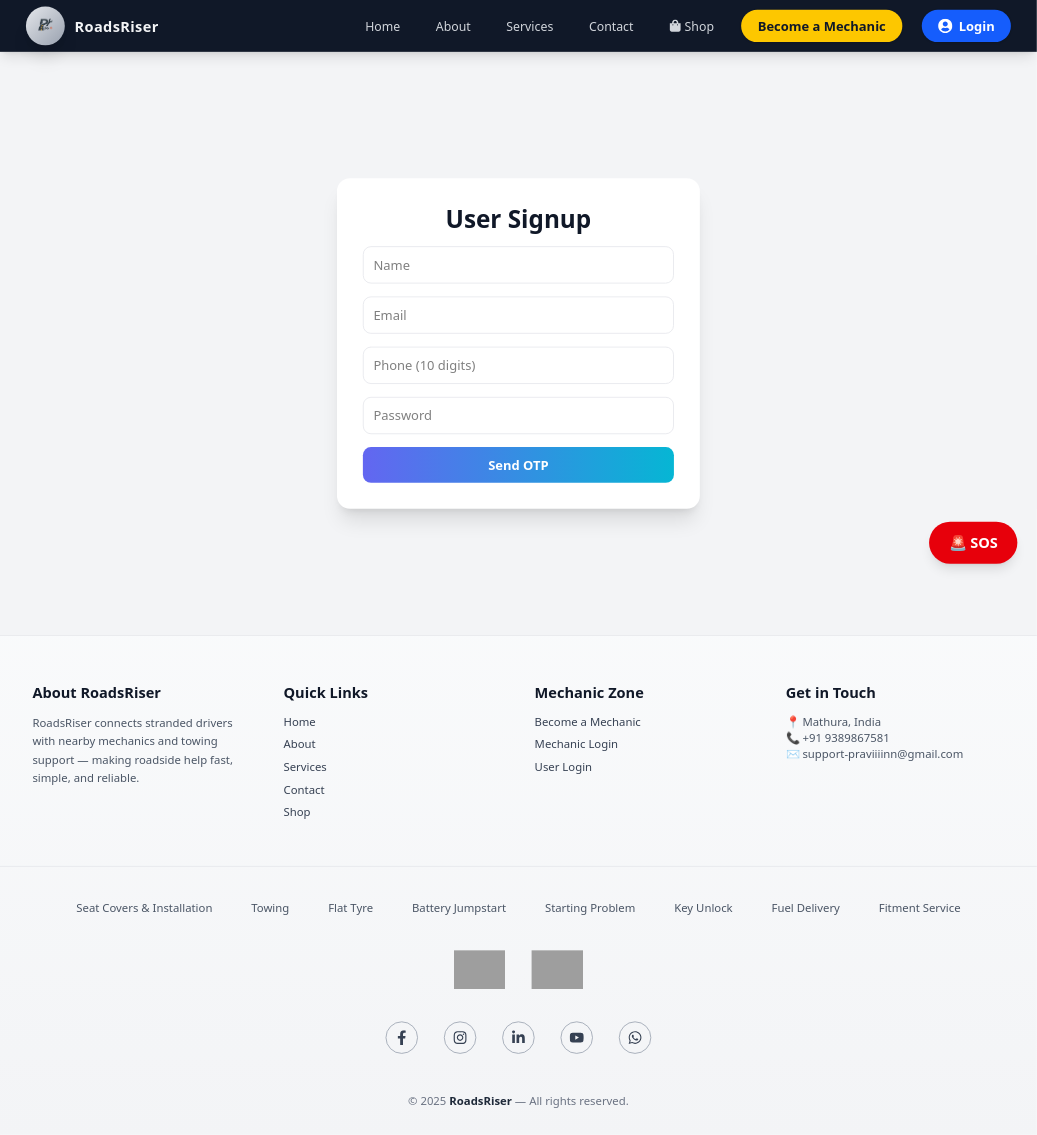
Repository: pravin-8859/ROADSRISER-APP
Page: /user/signup (app in frontend/)
The author's editor kept a copy of each file at every save. The page is drawn from the files as they stood at one save, then again after the next save.
The browser window is 1280 px wide. The pictures show the whole page, at 81% of full size.
Pictures or frames that could not be fetched are drawn as grey boxes. The project was rebuilt for these pictures with package versions that can differ from the ones it lists, and the page was loaded fresh each time. Also part of the build but not shown: frontend/vite.config.js, frontend/src/components/MainSection.jsx, frontend/src/pages/Home.jsx, frontend/src/pages/MechanicSearch.jsx, frontend/src/pages/RequestHelp.jsx, frontend/src/pages/Shop.jsx, frontend/src/pages/About.jsx, frontend/src/pages/Services.jsx and 17 more.

Above is the page before, as saved 2025-11-29 16:17:44.

### frontend/src/App.jsx

import React from "react";
import { BrowserRouter as Router, Routes, Route, Navigate } from "react-router-dom";
import Navbar from "./components/Navbar";
import Footer from "./components/Footer";
import Home from "./pages/Home"; // keep if exists
import MechanicSearch from "./pages/MechanicSearch";
import RequestHelp from "./pages/RequestHelp";
import Shop from "./pages/Shop";
import About from "./pages/About";
import Services from "./pages/Services";
import Contact from "./pages/Contact";
import UserSignup from "./pages/UserSignup";
import UserLogin from "./pages/UserLogin";
import DashboardUser from "./pages/user/DashboardUser";
import MechanicSignup from "./pages/MechanicSignup";
import MechanicLogin from "./pages/MechanicLogin";
import DashboardMechanic from "./pages/DashboardMechanic"; // full mechanic dashboard demo
import ForgotPassword from "./pages/ForgotPassword";
import ResetPassword from "./pages/ResetPassword";
import ScrollToTop from "./components/ScrollToTop";
import SOSButton from "./components/SOSButton";

import AdminLogin from "./pages/AdminLogin";
import DashboardAdmin from "./pages/DashboardAdmin";


const handleHelpRequest = (data) => {
  console.log("Help Request Submitted:", data);
  // TODO: call API here
  // axios.post("/api/request/create", data)
};




export default function App() {
  return (
    <Router>
      <Navbar />
      <div className="pt-16">
        <ScrollToTop />
        <Routes>
          <Route path="/user/signup" element={<UserSignup />} />
          <Route path="/user/login" element={<UserLogin />} />
          <Route path="/user/dashboard" element={<DashboardUser />} />
          <Route path="/auth/mechanic/signup" element={<MechanicSignup />} />
          <Route path="/auth/mechanic/login" element={<MechanicLogin />} />
          <Route path="/mechanic/dashboard" element={<DashboardMechanic />} />
          <Route path="/forgot-password" element={<ForgotPassword />} />
          <Route path="/reset-password/:token" element={<ResetPassword />} />
          <Route path="/about" element={<About />} />
          <Route path="/services" element={<Services />} />
          <Route path="/contact" element={<Contact />} />
          <Route path="/shop" element={<Shop />} />
          <Route path="/mechanic-search" element={<MechanicSearch />} />
          <Route
  path="/request-help"
  element={<RequestHelp onSubmit={handleHelpRequest} />}
/>


          <Route path="/" element={<Home />} />
          <Route path="*" element={<Navigate to="/user/login" />} />

          <Route path="/admin/login" element={<AdminLogin/>} />
          <Route path="/admin/dashboard" element={<DashboardAdmin/>} />
        </Routes>
        <Footer />
        <SOSButton />
      </div>
    </Router>
  );
}

### frontend/src/components/Footer.jsx
import { Link } from "react-router-dom";
import {
  FaFacebookF,
  FaInstagram,
  FaLinkedinIn,
  FaYoutube,
  FaWhatsapp,
} from "react-icons/fa";

export default function Footer() {
  return (
    <footer className="relative bg-gradient-to-b from-gray-50 to-gray-100 dark:from-gray-900 dark:to-gray-950 text-gray-700 dark:text-gray-300 border-t border-gray-200 dark:border-gray-800 transition-colors duration-500">

      {/* 🌟 TOP SECTION */}
      <div className="max-w-7xl mx-auto px-6 sm:px-8 lg:px-10 py-14
                      grid grid-cols-1 sm:grid-cols-4 gap-10">

        {/* About */}
        <div>
          <h2 className="text-lg font-semibold text-gray-900 dark:text-white mb-3">
            About RoadsRiser
          </h2>
          <p className="text-sm leading-relaxed text-gray-600 dark:text-gray-400">
            RoadsRiser connects stranded drivers with nearby mechanics and towing
            support — making roadside help fast, simple, and reliable.
          </p>
        </div>

        {/* Quick Links */}
        <div>
          <h2 className="text-lg font-semibold text-gray-900 dark:text-white mb-3">
            Quick Links
          </h2>
          <ul className="space-y-2 text-sm">
            {[
              { to: "/", label: "Home" },
              { to: "/about", label: "About" },
              { to: "/services", label: "Services" },
              { to: "/contact", label: "Contact" },
              { to: "/shop", label: "Shop" },
            ].map((link, i) => (
              <li key={i}>
                <Link
                  to={link.to}
                  className="hover:text-indigo-600 dark:hover:text-indigo-400 transition-colors duration-300"
                >
                  {link.label}
                </Link>
              </li>
            ))}
          </ul>
        </div>

        {/* ⭐ NEW: Mechanic Zone (ADDED ONLY THIS SECTION) */}
        <div>
          <h2 className="text-lg font-semibold text-gray-900 dark:text-white mb-3">
            Mechanic Zone
          </h2>

          <ul className="space-y-2 text-sm">
            <li>
              <Link
                to="/auth/mechanic/signup"
                className="hover:text-indigo-600 dark:hover:text-indigo-400 transition-colors duration-300"
              >
                Become a Mechanic
              </Link>
            </li>

            <li>
              <Link
                to="/auth/mechanic/login"
                className="hover:text-indigo-600 dark:hover:text-indigo-400 transition-colors duration-300"
              >
                Mechanic Login
              </Link>
            </li>

            <li>
              <Link
                to="/auth/user/login"
                className="hover:text-indigo-600 dark:hover:text-indigo-400 transition-colors duration-300"
              >
                User Login
              </Link>
            </li>
          </ul>
        </div>

        {/* Contact Info */}
        <div>
          <h2 className="text-lg font-semibold text-gray-900 dark:text-white mb-3">
            Get in Touch
          </h2>
          <p className="text-sm text-gray-600 dark:text-gray-400">📍 Mathura, India</p>
          <p className="text-sm text-gray-600 dark:text-gray-400">📞 +91 9389867581</p>
          <p className="text-sm text-gray-600 dark:text-gray-400">✉️ support-praviiiinn@gmail.com</p>
        </div>

      </div>

      {/* 🌟 SERVICES + SOCIALS SECTION */}
      <div className="max-w-7xl mx-auto px-6 sm:px-8 lg:px-10 border-t border-gray-200 dark:border-gray-700 pt-10 pb-8 text-center">

        {/* Services Row */}
        <div className="flex flex-wrap justify-center gap-x-6 gap-y-3 md:gap-x-12
                        text-sm font-medium text-gray-600 dark:text-gray-400 mb-10 leading-relaxed">
          {[
            "Seat Covers & Installation",
            "Towing",
            "Flat Tyre",
            "Battery Jumpstart",
            "Starting Problem",
            "Key Unlock",
            "Fuel Delivery",
            "Fitment Service",
          ].map((service, i) => (
            <span
              key={i}
              className="hover:text-indigo-600 dark:hover:text-indigo-400 transition duration-300 cursor-default"
            >
              {service}
            </span>
          ))}
        </div>

        {/* App Store Buttons */}
        <div className="flex flex-wrap justify-center items-center gap-8 mb-10">
          <a
            href="https://www.apple.com/in/app-store/"
            target="_blank"
            rel="noopener noreferrer"
            className="hover:scale-105 transition-transform duration-300"
          >
            <img
              src="https://developer.apple.com/assets/elements/badges/download-on-the-app-store.svg"
              alt="Download on the App Store"
              className="h-10 md:h-12 filter dark:brightness-90"
            />
          </a>

          <a
            href="https://play.google.com/store"
            target="_blank"
            rel="noopener noreferrer"
            className="hover:scale-105 transition-transform duration-300"
          >
            <img
              src="https://upload.wikimedia.org/wikipedia/commons/7/78/Google_Play_Store_badge_EN.svg"
              alt="Get it on Google Play"
              className="h-10 md:h-12 filter dark:brightness-90"
            />
          </a>
        </div>

        {/* Social Icons */}
        <div className="flex justify-center items-center gap-6 md:gap-8 mb-8">
          {[
            { icon: <FaFacebookF />, link: "https://facebook.com" },
            { icon: <FaInstagram />, link: "https://instagram.com" },
            { icon: <FaLinkedinIn />, link: "https://linkedin.com" },
            { icon: <FaYoutube />, link: "https://youtube.com" },
            { icon: <FaWhatsapp />, link: "https://wa.me/9389867581" },
          ].map((s, i) => (
            <a
              key={i}
              href={s.link}
              target="_blank"
              rel="noopener noreferrer"
              className="w-10 h-10 flex items-center justify-center rounded-full border
                         border-gray-400 dark:border-gray-600 text-gray-700 dark:text-gray-300
                         hover:text-white hover:bg-indigo-600 hover:border-indigo-600
                         transition-all duration-300 text-lg"
            >
              {s.icon}
            </a>
          ))}
        </div>

        {/* COPYRIGHT */}
        <div className="text-center text-sm text-gray-500 dark:text-gray-400 pt-4 border-top border-gray-200 dark:border-gray-700 mt-6">
          © {new Date().getFullYear()}{" "}
          <span className="font-semibold text-gray-800 dark:text-gray-200">
            RoadsRiser
          </span>{" "}
          — All rights reserved.
        </div>
      </div>
    </footer>
  );
}

### frontend/src/pages/UserSignup.jsx
import { useState } from "react";
import API from "../services/api";
import { useNavigate } from "react-router-dom";

export default function UserSignup() {
  const navigate = useNavigate();

  const [step, setStep] = useState(1); // Step 1 = details, Step 2 = OTP
  const [serverOtp, setServerOtp] = useState(null);
  const [loading, setLoading] = useState(false);

  const [form, setForm] = useState({
    name: "",
    email: "",
    password: "",
    phone: "",
    otp: ""
  });

  const handle = (k, v) => setForm((s) => ({ ...s, [k]: v }));

  const sendOtpToUser = async () => {
    if (!form.name || !form.email || !form.phone || !form.password)
      return alert("Please fill all details");

    try {
      setLoading(true);
      const res = await API.post("/users/send-otp", { phone: form.phone });

      // Debug OTP from backend
      setServerOtp(res.data.otp);

      alert(`OTP Sent! (Debug Mode): ${res.data.otp}`);

      setStep(2);
      setLoading(false);

    } catch (err) {
      setLoading(false);
      alert(err.response?.data?.error || "Failed to send OTP");
    }
  };

  const handleSignup = async () => {
    if (form.otp !== serverOtp) {
      return alert("Invalid OTP");
    }

    try {
      setLoading(true);

      await API.post("/users/register", form);

      alert("Signup Successful!");
      navigate("/user/login");

    } catch (err) {
      setLoading(false);
      alert(err.response?.data?.error || "Signup failed");
    }
  };

  return (
    <div className="min-h-screen flex items-center justify-center bg-gray-100 dark:bg-gray-900 p-6">
      <div className="bg-white dark:bg-gray-800 p-8 rounded-2xl shadow-xl w-full max-w-md">

        <h2 className="text-3xl font-bold text-center mb-4 text-gray-900 dark:text-white">
          User Signup
        </h2>

        {/* STEP 1 — USER DETAILS */}
        {step === 1 && (
          <div className="space-y-4">
            <input className="input" placeholder="Name"
              onChange={(e) => handle("name", e.target.value)} />
            <input className="input" placeholder="Email" type="email"
              onChange={(e) => handle("email", e.target.value)} />
            <input className="input" placeholder="Phone (10 digits)"
              onChange={(e) => handle("phone", e.target.value)} />
            <input className="input" placeholder="Password" type="password"
              onChange={(e) => handle("password", e.target.value)} />

            <button onClick={sendOtpToUser}
              className="btn-primary w-full">
              {loading ? "Sending..." : "Send OTP"}
            </button>
          </div>
        )}

        {/* STEP 2 — OTP VERIFY */}
        {step === 2 && (
          <div className="space-y-4">

            <p className="text-sm text-gray-500 dark:text-gray-400">
              OTP sent to <b>{form.phone}</b>
            </p>

            <input className="input" placeholder="Enter OTP"
              onChange={(e) => handle("otp", e.target.value)} />

            <button onClick={handleSignup} className="btn-primary w-full">
              {loading ? "Creating..." : "Verify & Create Account"}
            </button>

            <button className="w-full mt-2 py-2 rounded-lg border dark:border-gray-600"
              onClick={() => setStep(1)}>
              Edit Details
            </button>
          </div>
        )}

        <style>{`
          .input {
            width: 100%;
            padding: 10px 12px;
            border-radius: 10px;
            border: 1px solid #e5e7eb;
            background: transparent;
            color: inherit;
          }
          .btn-primary {
            background: linear-gradient(90deg, #6366f1, #06b6d4);
            color: white;
            padding: 10px;
            border-radius: 10px;
            font-weight: 600;
          }
        `}</style>

      </div>
    </div>
  );
}

### frontend/src/components/ScrollToTop.jsx
import { useEffect } from "react";
import { useLocation } from "react-router-dom";

export default function ScrollToTop() {
  const { pathname } = useLocation();

  useEffect(() => {
    window.scrollTo({
      top: 0,
      behavior: "smooth", // ya "auto" agar instant jump chahiye
    });
  }, [pathname]);

  return null;
}

### frontend/src/components/SOSButton.jsx
import { useState } from "react";
import { useNavigate } from "react-router-dom";

export default function SOSButton() {
  const [loading, setLoading] = useState(false);
  const [message, setMessage] = useState("");
  const navigate = useNavigate();

  // Example: token check (you can replace with your auth state or context)
  const isLoggedIn = !!localStorage.getItem("token"); // token stored on login

  const sendSOS = async () => {
    if (!isLoggedIn) {
      alert("⚠️ Please login first to request help.");
      navigate("/auth"); // redirect to login/signup page
      return;
    }

    setLoading(true);
    setMessage("");

    try {
      // Optionally, get live location
      navigator.geolocation.getCurrentPosition(async (pos) => {
        const { latitude, longitude } = pos.coords;

        const response = await fetch("http://localhost:5000/api/report/sos", {
          method: "POST",
          headers: {
            "Content-Type": "application/json",
            Authorization: `Bearer ${localStorage.getItem("token")}`,
          },
          body: JSON.stringify({
            latitude,
            longitude,
            type: "Emergency SOS",
          }),
        });

        if (response.ok) {
          setMessage("🚨 SOS request sent successfully!");
        } else {
          setMessage("❌ Failed to send SOS request.");
        }
        setLoading(false);
      });
    } catch (err) {
      setMessage("⚠️ Error getting location or sending request.");
      setLoading(false);
    }
  };

  return (
    <>
      {/* Floating SOS Button */}
      <button
        onClick={sendSOS}
        disabled={loading}
        className={`fixed bottom-6 right-6 z-50 px-6 py-3 rounded-full shadow-lg text-white font-bold text-lg transition-all ${
          loading ? "bg-gray-400 cursor-not-allowed" : "bg-red-600 hover:bg-red-700"
        }`}
      >
        {loading ? "Sending..." : "🚨 SOS"}
      </button>

      {/* Response message */}
      {message && (
        <div className="fixed bottom-20 right-6 bg-white border border-gray-300 shadow-md p-3 rounded-md text-gray-800 text-sm">
          {message}
        </div>
      )}
    </>
  );
}

Loaded but not shown: frontend/index.html (common file); frontend/src/main.jsx (common file); frontend/src/index.css (common file); frontend/src/services/api.js (14 lines, source omitted); frontend/src/components/Navbar.jsx (213 lines, source omitted)

After the next save:
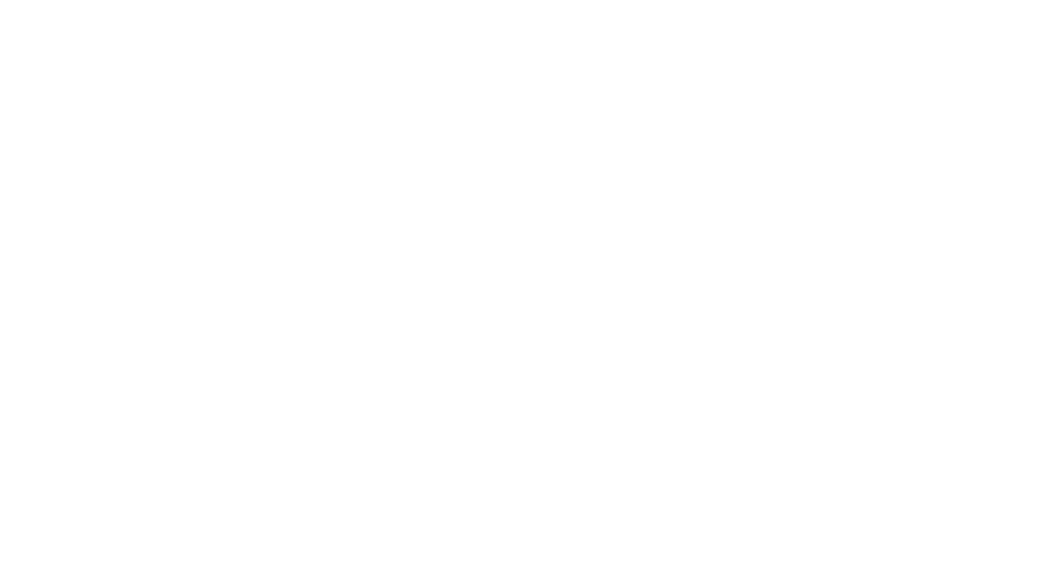
Console error: ReferenceError: AdminLogin is not defined
Saved 89 s later.
--- a/frontend/src/App.jsx
+++ b/frontend/src/App.jsx
@@ -21,7 +21,6 @@
 import ScrollToTop from "./components/ScrollToTop";
 import SOSButton from "./components/SOSButton";
 
-import AdminLogin from "./pages/AdminLogin";
 import DashboardAdmin from "./pages/DashboardAdmin";
 
 

After the 3 saves that followed:
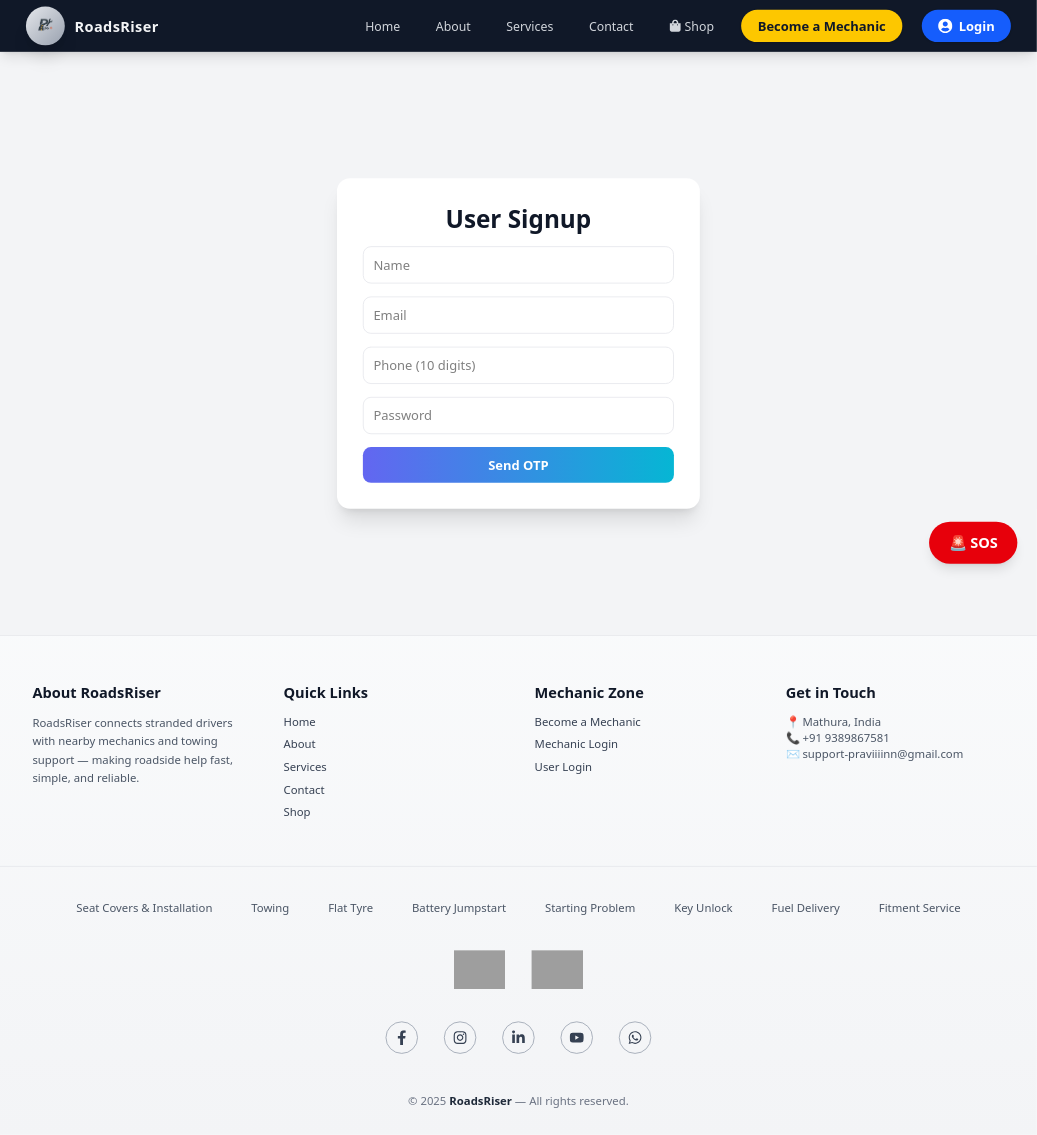
The error is gone.
The 3 saves are shown as one change because they came seconds apart.
The last was saved 27 s later.
--- a/frontend/src/App.jsx
+++ b/frontend/src/App.jsx
@@ -61,9 +61,6 @@
 
           <Route path="/" element={<Home />} />
           <Route path="*" element={<Navigate to="/user/login" />} />
-
-          <Route path="/admin/login" element={<AdminLogin/>} />
-          <Route path="/admin/dashboard" element={<DashboardAdmin/>} />
         </Routes>
         <Footer />
         <SOSButton />
